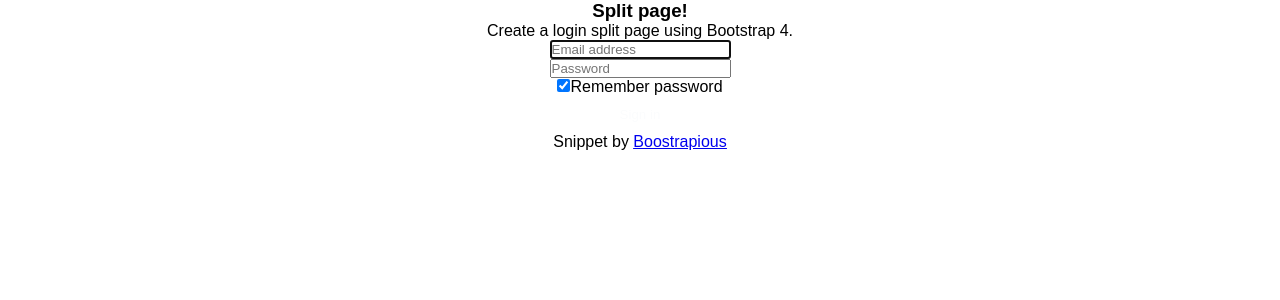
Repository: 70y-ali/branding_
Page: /sign-up (app in client/)
An editor plug-in stored every save of this project. The page is shown before and after the next save, followed by the edit.
The browser window is 1280 px wide. The pictures show the whole page.
The page's requests for data from a server got no answer. The project was rebuilt for these pictures with package versions that can differ from the ones it lists, and the page was loaded fresh each time. No one was signed in, and anything a server would have sent is missing. Also part of the build but not shown: client/src/components/Home/index.js.

Above is the page before, as saved 2021-02-15 01:57:52.

After the next save:
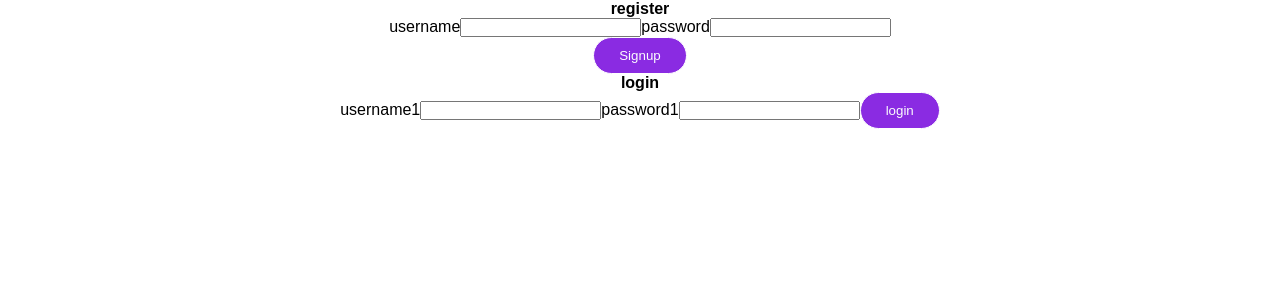
Saved 90 s later.
--- a/client/src/components/SignUp/index.js
+++ b/client/src/components/SignUp/index.js
@@ -2,7 +2,6 @@
 import React, { useState, useEffect } from 'react';
 import Axios from 'axios'
 import HomePage from '../Home/'
-
 function Signup(){
     const [usernameReq, setusernameReq] = useState("")
     const [passwordReq, setpasswordReq] = useState("")
@@ -60,39 +59,25 @@
         });
     }, []);
     return (
-        <div className="container-fluid">
-            <div className="row no-gutter">
-                <div className="col-md-6 d-none d-md-flex bg-image"></div>
-                {/* <!-- The content half --> */}
-                <div className="col-md-6 bg-light">
-                    <div className="login d-flex align-items-center py-5">
-                        {/* <!-- Demo content--> */}
-                        <div className="container">
-                            <div className="row">
-                                <div className="col-lg-10 col-xl-7 mx-auto">
-                                    <h3 className="display-4">Split page!</h3>
-                                    <p className="text-muted mb-4">Create a login split page using Bootstrap 4.</p>
-                                    <form>
-                                        <div className="form-group mb-3">
-                                            <input id="inputEmail" type="email" placeholder="Email address" required="" autofocus="" className="form-control rounded-pill border-0 shadow-sm px-4"/>
-                                        </div>
-                                        <div className="form-group mb-3">
-                                            <input id="inputPassword" type="password" placeholder="Password" required="" className="form-control rounded-pill border-0 shadow-sm px-4 text-primary"/>
-                                        </div>
-                                        <div className="custom-control custom-checkbox mb-3">
-                                            <input id="customCheck1" type="checkbox" checked className="custom-control-input"/>
-                                            <label for="customCheck1" className="custom-control-label">Remember password</label>
-                                        </div>
-                                        <button type="submit" className="btn btn-primary btn-block text-uppercase mb-2 rounded-pill shadow-sm">Sign in</button>
-                                        <div className="text-center d-flex justify-content-between mt-4"><p>Snippet by <a href="https://bootstrapious.com/snippets" className="font-italic text-muted">
-                                                <u>Boostrapious</u></a></p></div>
-                                    </form>
-                                </div>
-                            </div>
-                        </div>
-                    </div>
+        <div>
+            <div className='row' onClick={register}>
+                <h4>register</h4>
+                <label>username</label>
+                <input type='text' onChange={(e) => {setusernameReq(e.target.value)}}></input>
+                <label>password</label>
+                <input type='password' onChange={(e) => {setpasswordReq(e.target.value)}}></input>
+                <div className='row'>
+                    <button className='rounded blue' type='submit' id='color' size='md'>Signup</button>
+                </div>
             </div>
-        </div>
+            <div className='row' onClick={login}>
+                <h4>login</h4>
+                <label>username1</label>
+                <input type='text' onChange={(e) => {setusername(e.target.value)}}></input>
+                <label>password1</label>
+                <input type='password' onChange={(e) => {setpassword(e.target.value)}}></input>
+                <button id='color'>login</button>
+            </div>
         </div>
     );
 }
